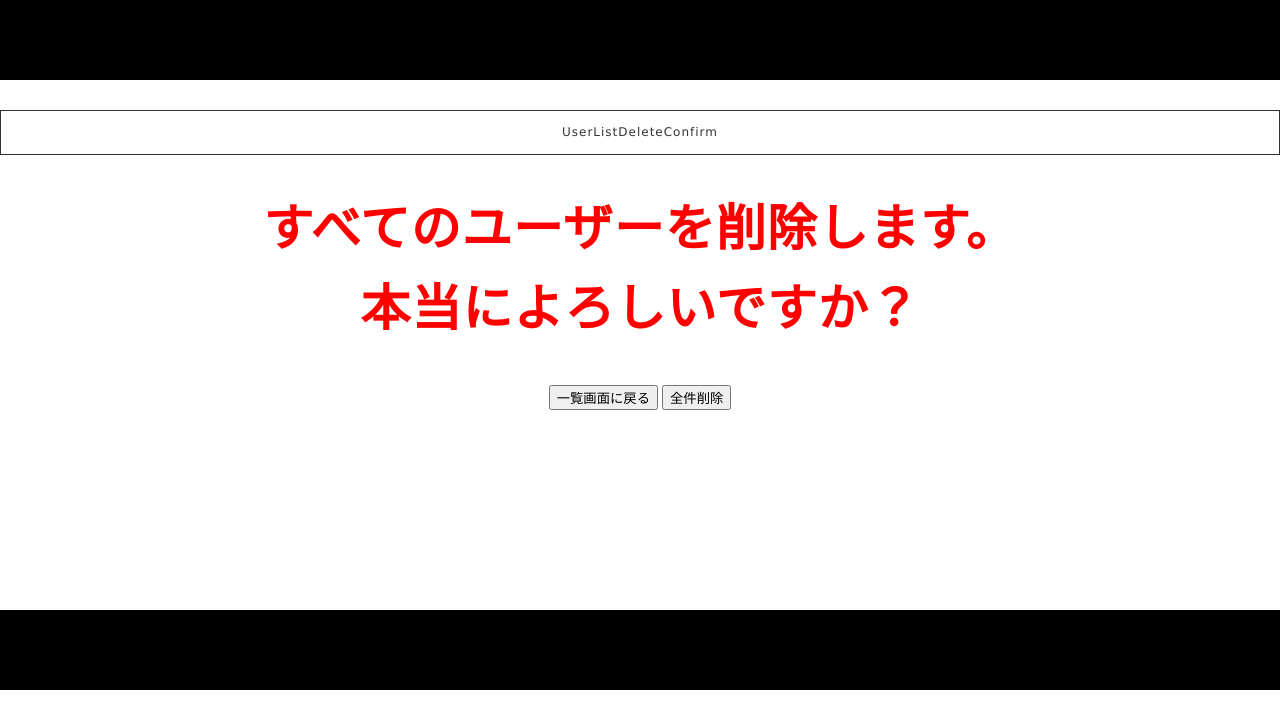
Repository: hirose0320/test
Page: http://localhost/ecsite2/userListDeleteConfirm.jsp
The author's editor kept a copy of each file at every save. The page is drawn from the files as they stood at one save, then again after the next save.
The browser window is 1280 px wide. The pictures show the whole page.
Some web fonts or font styles are not loaded; a fallback is used. Some web libraries are served in a nearby version. The page is served by Tomcat 9.

Above is the page before, as saved 2019-03-07 02:23:00.

After the next save:
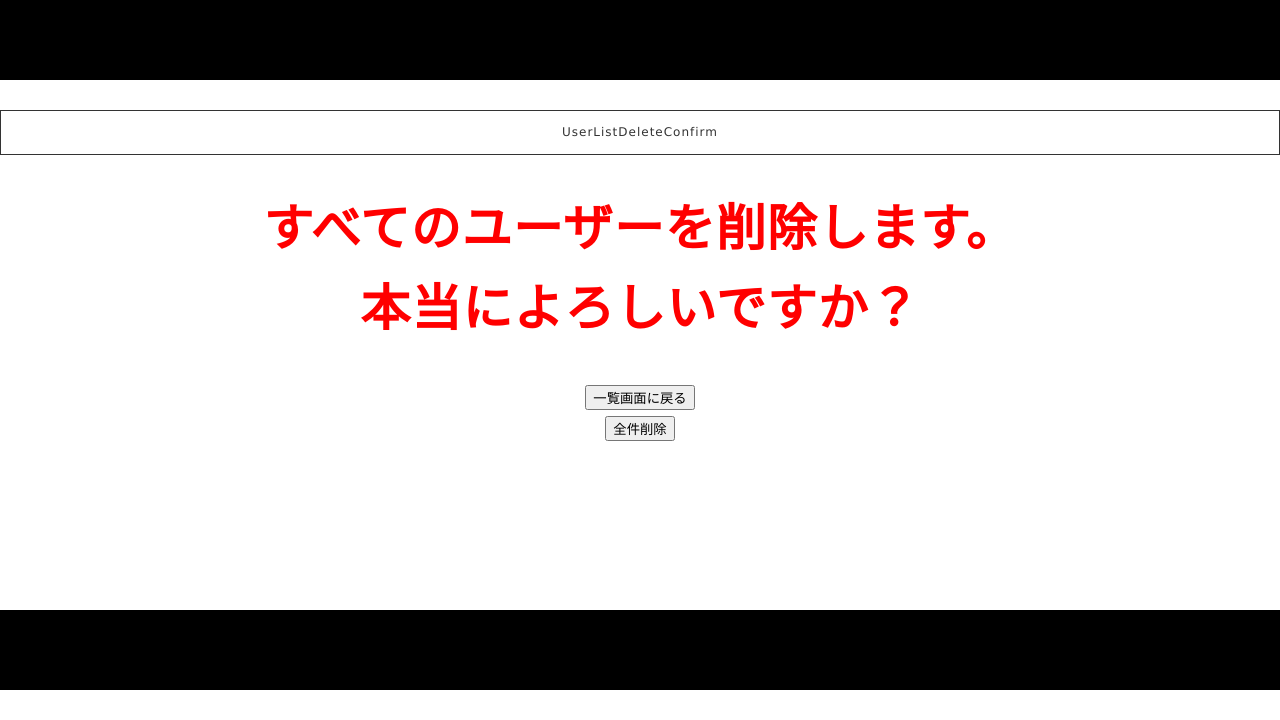
Console error (its wording comes from the project's code and is left out).
Saved 3 min 15 s later.
--- a/ecsite2/WebContent/userListDeleteConfirm.jsp
+++ b/ecsite2/WebContent/userListDeleteConfirm.jsp
@@ -86,8 +86,11 @@
 				<tr>
 					<td><input type="button" value="一覧画面に戻る"
 						onclick="submitAction('UserListAction')" /></td>
+						<s:form>
+						<input type="hidden" name="deleteFlg" value="1">
 					<td><input type="button" value="全件削除"
-						onclick="submitAction('UserListDeleteCompleteAction')" /></td>
+						onclick="submitAction('UserListDeleteCompleteAction') method="delete" /></td>
+						</s:form>
 
 				</tr>
 			</s:form>

After the save that followed:
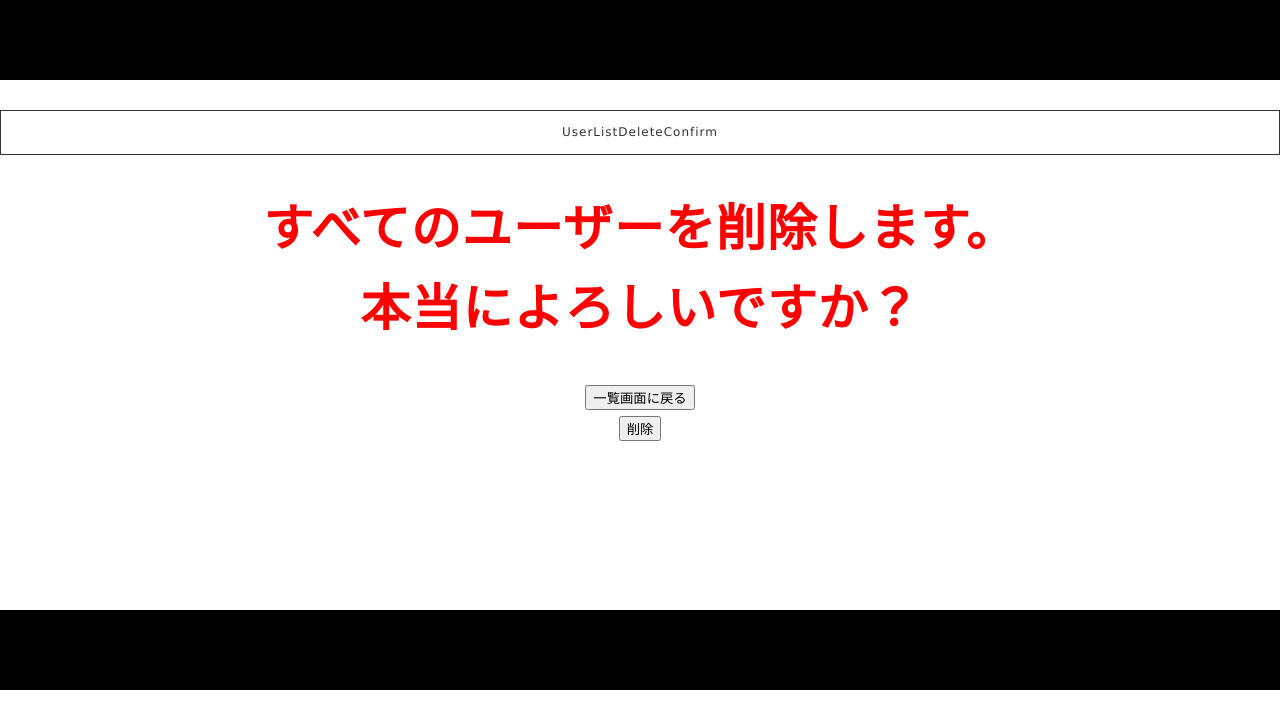
The error is gone.
Saved 48 s later.
--- a/ecsite2/WebContent/userListDeleteConfirm.jsp
+++ b/ecsite2/WebContent/userListDeleteConfirm.jsp
@@ -10,8 +10,10 @@
 <meta http-equiv="imagetoolbar" content="no" />
 <meta name="description" content="" />
 <meta name="keywords" content="" />
-<link href="https://fonts.googleapis.com/earlyaccess/hannari.css" rel="stylesheet">
-<script src="http://ajax.googleapis.com/ajax/libs/jquery/1.9.1/jquery.min.js
+<link href="https://fonts.googleapis.com/earlyaccess/hannari.css"
+	rel="stylesheet">
+<script
+	src="http://ajax.googleapis.com/ajax/libs/jquery/1.9.1/jquery.min.js
 "></script>
 <title>削除確認画面</title>
 
@@ -32,10 +34,10 @@
 	margin: 0 auto;
 }
 
-h1{
-color:red;
-font-size: 50px;
-font-family: "Hannari", cursive;
+h1 {
+	color: red;
+	font-size: 50px;
+	font-family: "Hannari", cursive;
 }
 
 #top {
@@ -82,15 +84,18 @@
 		<div>
 
 			<s:form>
-				<h1>すべてのユーザーを削除します。<br>本当によろしいですか？</h1>
+				<h1>
+					すべてのユーザーを削除します。<br>本当によろしいですか？
+				</h1>
 				<tr>
 					<td><input type="button" value="一覧画面に戻る"
 						onclick="submitAction('UserListAction')" /></td>
-						<s:form>
+
+					<s:form action="UserListDeleteConfirmAction">
 						<input type="hidden" name="deleteFlg" value="1">
-					<td><input type="button" value="全件削除"
-						onclick="submitAction('UserListDeleteCompleteAction') method="delete" /></td>
-						</s:form>
+
+						<s:submit value="削除" />
+					</s:form>
 
 				</tr>
 			</s:form>
